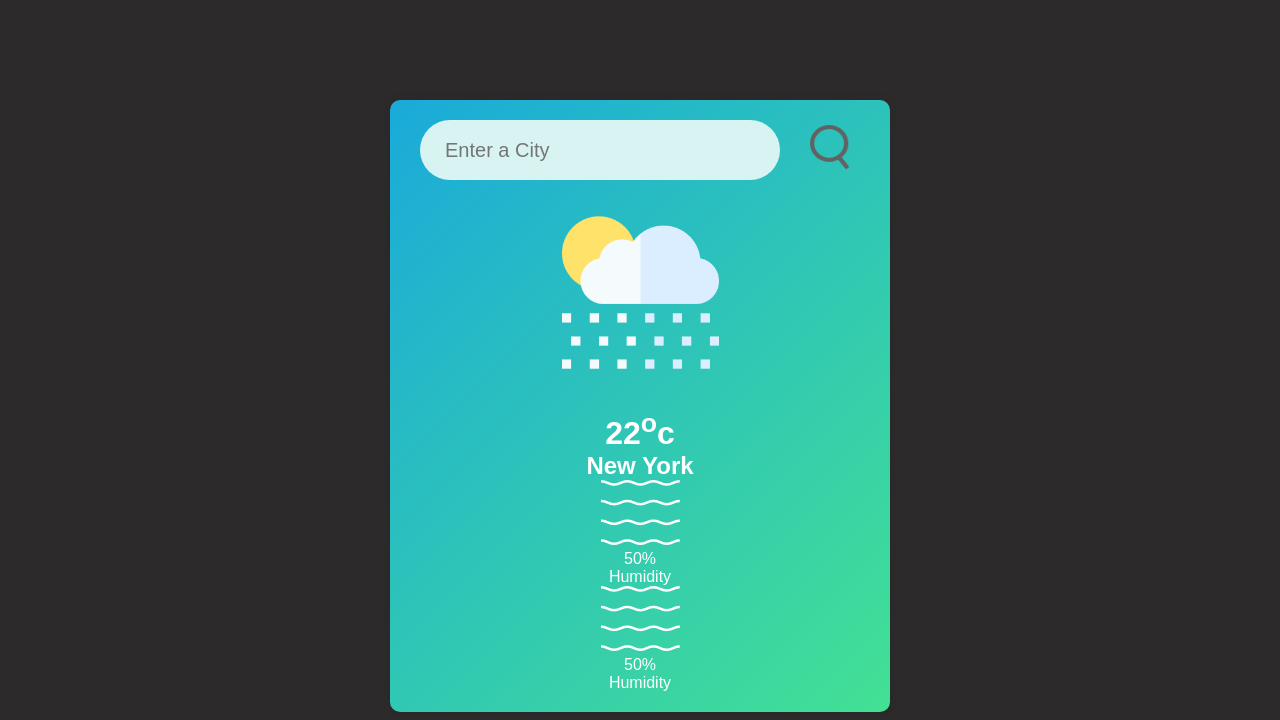
Repository: Haakim19/weatherApp
Page: index.html
These files come from the project's save history. The page is drawn as it stood at one moment and after the next save; the edit follows.
The browser window is 1280 px wide. The pictures show the whole page.

Above is the page before, as saved 2024-11-16 21:16:21.

### index.html
<!DOCTYPE html>
<html lang="en">
<head>
    <meta charset="UTF-8">
    <meta name="viewport" content="width=device-width, initial-scale=1.0">
    <title>Weather App</title>
    <link rel="stylesheet" href="style.css">
</head>
<body>
    <div class="card">
        <div class="search">
            <input type="text" placeholder="Enter a City" spellcheck="false">
            <button><img src="images/search.png"></button>
        </div>
        <div class="weather">
            <img src="images/rain.png" class="weather-icon">
            <h1 class="temp">22<sup>o</sup>c</h1>
            <h2 class="city">New York</h2>
        </div>
        <div class="details">
            <div class="col">
                <img src="images/humidity.png">
            </div>
            <div>
                <p class="humidity">50%</p>
                <p>Humidity</p>
            </div>

            <div class="col">
                <img src="images/humidity.png">
            </div>
            <div>
                <p class="humidity">50%</p>
                <p>Humidity</p>
            </div>

        </div>
    </div>
</body>
</html>

### style.css
*{
    margin: 0;
    padding: 0;
    box-sizing: border-box;
    font-family: 'Poppins', sans-serif;
}

body{
    background: #2c2a2a;
}
.card{
    width: 90%;
    max-width: 500px;
    color: #fff;
    background:linear-gradient(135deg, #1aaada 0%, #43e094 100%);
    margin: 100px auto 0 ;
    border-radius: 10px;
    padding: 20px 30px;
    text-align: center;
    box-shadow: 0 0 10px rgba(0,0,0,0.1);
}
.search{
    width: 100%;
    display: flex;
    justify-content: space-between;
    align-items: center;
}
.search input{
    border:0;
    outline:0;
    background: #d8f4f2;
    padding: 10px 25px;
    border-radius: 40px;
    flex: 1;
    margin-right: 20px;
    font-size: 20px;
    height: 60px;
}
.search button{
    border:0;
    outline:0;
    background:none;
    /* padding: 10px 20px; */
    border-radius: 50%;
    font-size: 20px;
    cursor: pointer;
    height: 60px;
    width: 60px;
}
.search button img{
    width: 40px;
    height: 45px;

}

After the next save:
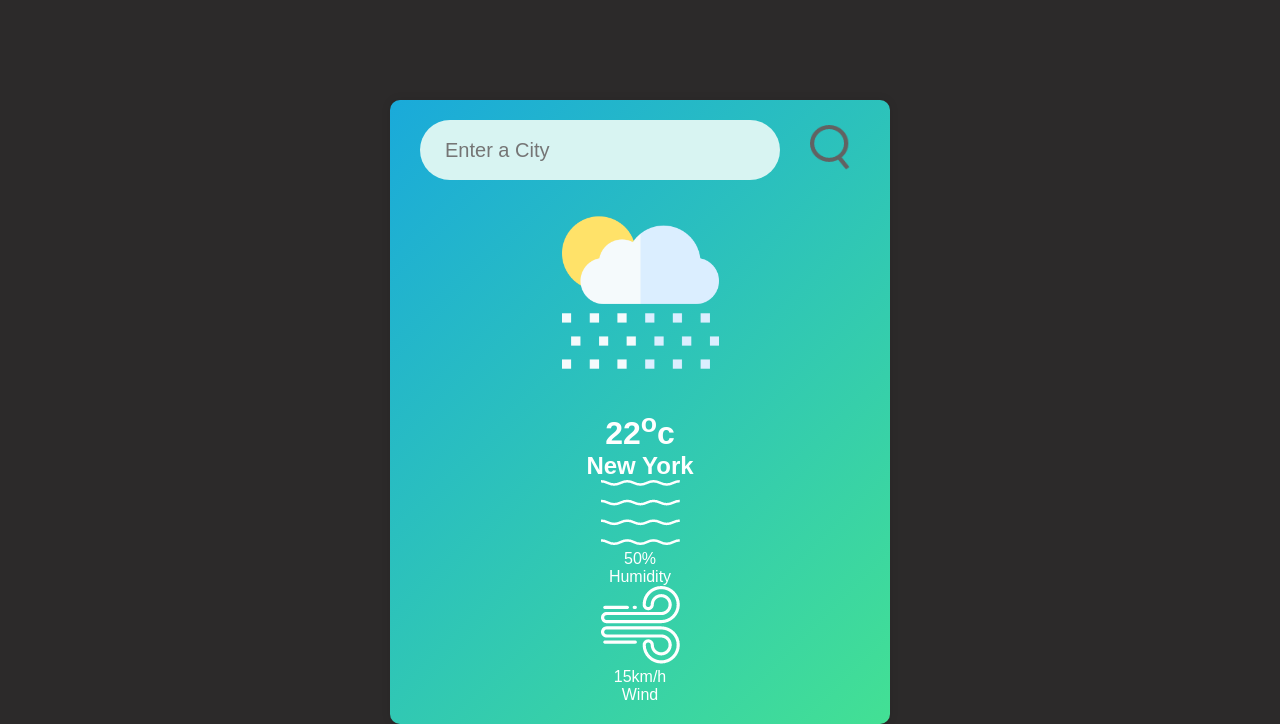
Saved 47 s later.
--- a/index.html
+++ b/index.html
@@ -27,11 +27,11 @@
             </div>
 
             <div class="col">
-                <img src="images/humidity.png">
+                <img src="images/wind.png">
             </div>
             <div>
-                <p class="humidity">50%</p>
-                <p>Humidity</p>
+                <p class="wind">15km/h</p>
+                <p>Wind</p>
             </div>
 
         </div>
